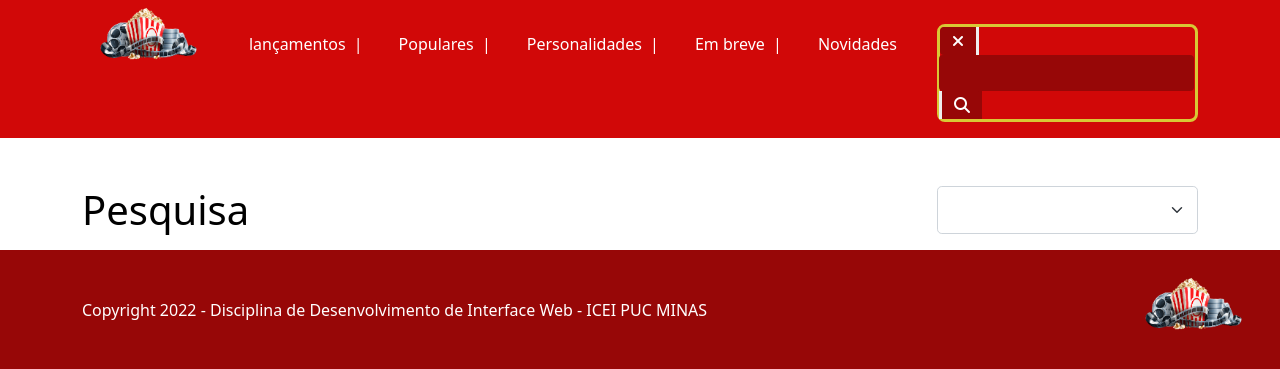
Repository: PedroH-Santos/portalFilmes-Html-JS
Page: Trabalho01-Web/pesquisa.html
An editor plug-in stored every save of this project. The page is shown before and after the next save, followed by the edit.
The browser window is 1280 px wide. The pictures show the whole page.
The page's requests for data from a server got no answer. Some web libraries are served in a nearby version.

Above is the page before, as saved 2022-06-09 19:56:54.
Console error (its wording comes from the project's code and is left out).

After the next save:
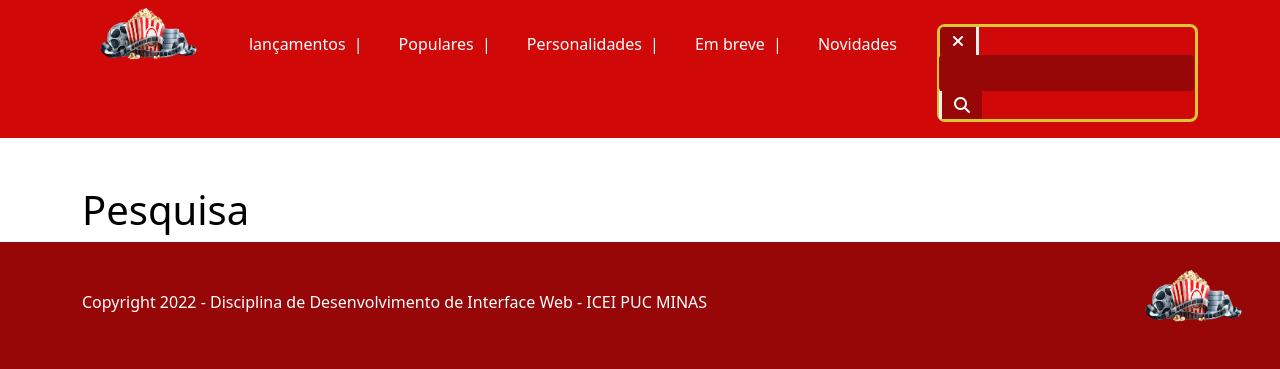
Saved 29 s later.
--- a/Trabalho01-Web/pesquisa.html
+++ b/Trabalho01-Web/pesquisa.html
@@ -102,11 +102,6 @@
                     <div class="col-xl-9  col-sm-12  col-12 mt-4">
                         <h1 class="mt-4 "> Pesquisa </h1>
                     </div>
-                    <div class="col-xl-3  col-sm-12 scol-12 mt-5">
-                        <select class="form-select form-select-lg mb-3 selectGenres"
-                            aria-label=".form-select-lg example">
-                        </select>
-                    </div>
                 </div>
                 <div class="searchData">
 
